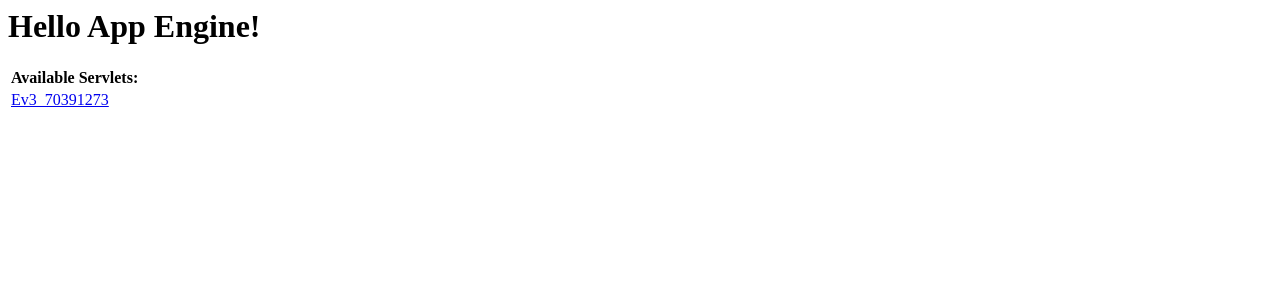
Repository: quino22/ulasalle
Page: ev3-70391273/war/index.html
The author's editor kept a copy of each file at every save. The page is drawn from the files as they stood at one save, then again after the next save.
The browser window is 1280 px wide. The pictures show the whole page.

Above is the page before, as saved 2016-11-04 15:35:20.

### ev3-70391273/war/index.html
<!DOCTYPE HTML PUBLIC "-//W3C//DTD HTML 4.01 Transitional//EN">
<!-- The HTML 4.01 Transitional DOCTYPE declaration-->
<!-- above set at the top of the file will set     -->
<!-- the browser's rendering engine into           -->
<!-- "Quirks Mode". Replacing this declaration     -->
<!-- with a "Standards Mode" doctype is supported, -->
<!-- but may lead to some differences in layout.   -->

<html>
  <head>
    <meta http-equiv="content-type" content="text/html; charset=UTF-8">
    <title>Hello App Engine</title>
  </head>

  <body>
    <h1>Hello App Engine!</h1>

    <table>
      <tr>
        <td colspan="2" style="font-weight:bold;">Available Servlets:</td>
      </tr>
      <tr>
        <td><a href="ev3_70391273">Ev3_70391273</a></td>
      </tr>
    </table>
  </body>
</html>

After the next save:
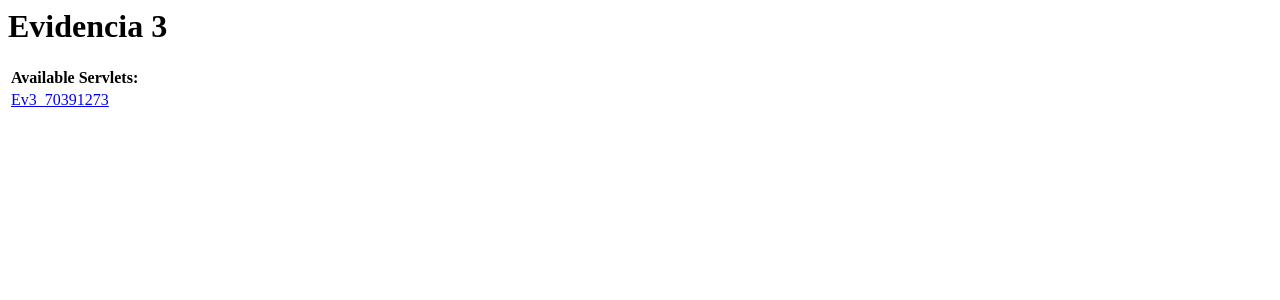
Saved 2 min 31 s later.
--- a/ev3-70391273/war/index.html
+++ b/ev3-70391273/war/index.html
@@ -9,11 +9,11 @@
 <html>
   <head>
     <meta http-equiv="content-type" content="text/html; charset=UTF-8">
-    <title>Hello App Engine</title>
+    <title>Evidencia 3</title>
   </head>
 
   <body>
-    <h1>Hello App Engine!</h1>
+    <h1>Evidencia 3</h1>
 
     <table>
       <tr>
